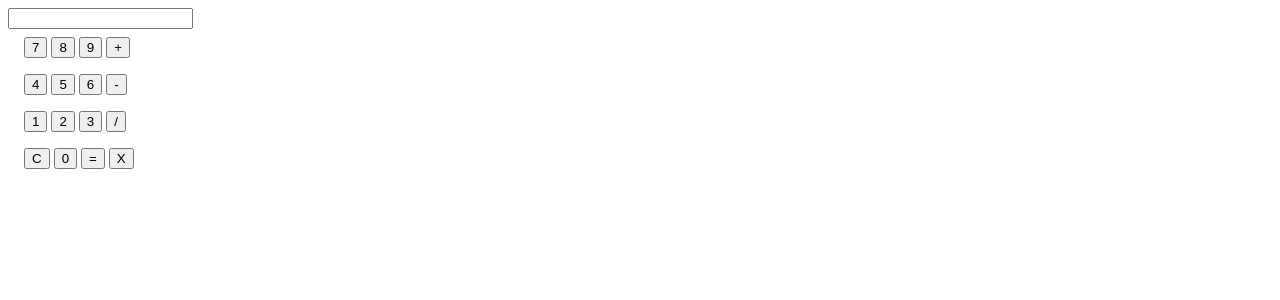
Repository: jun01270/calculator
Page: caculator.html
An editor plug-in stored every save of this project. The page is shown before and after the next save, followed by the edit.
The browser window is 1280 px wide. The pictures show the whole page.

Above is the page before, as saved 2023-07-31 17:58:29.

After the next save:
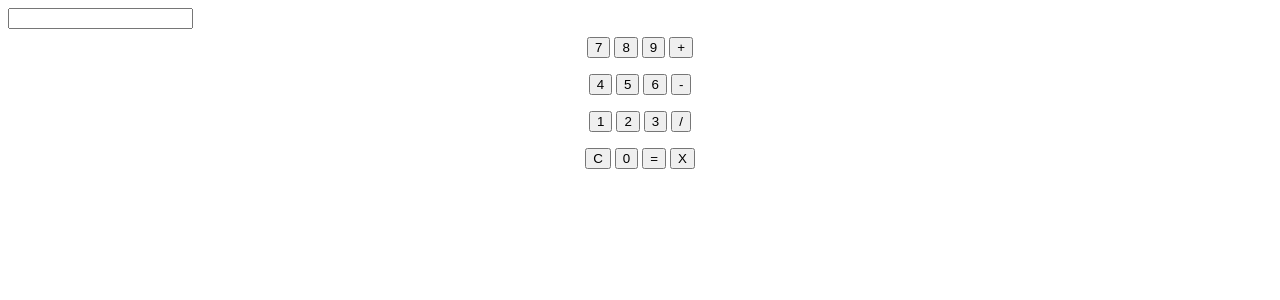
Saved 20 s later.
--- a/index.css
+++ b/index.css
@@ -1,5 +1,8 @@
 .row {
   margin: 0;
   padding: 0.5rem 1rem;
-  font-weight: 100px;
+  font-size: 1rem;
+  font-weight: 400;
+  text-align: center;
+  text-decoration: none;
 }

After the save that followed:
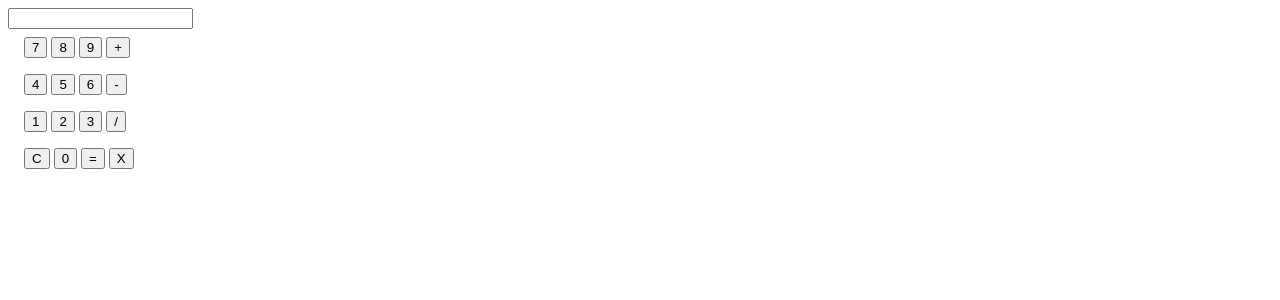
Saved 12 s later.
--- a/index.css
+++ b/index.css
@@ -3,6 +3,5 @@
   padding: 0.5rem 1rem;
   font-size: 1rem;
   font-weight: 400;
-  text-align: center;
   text-decoration: none;
 }
